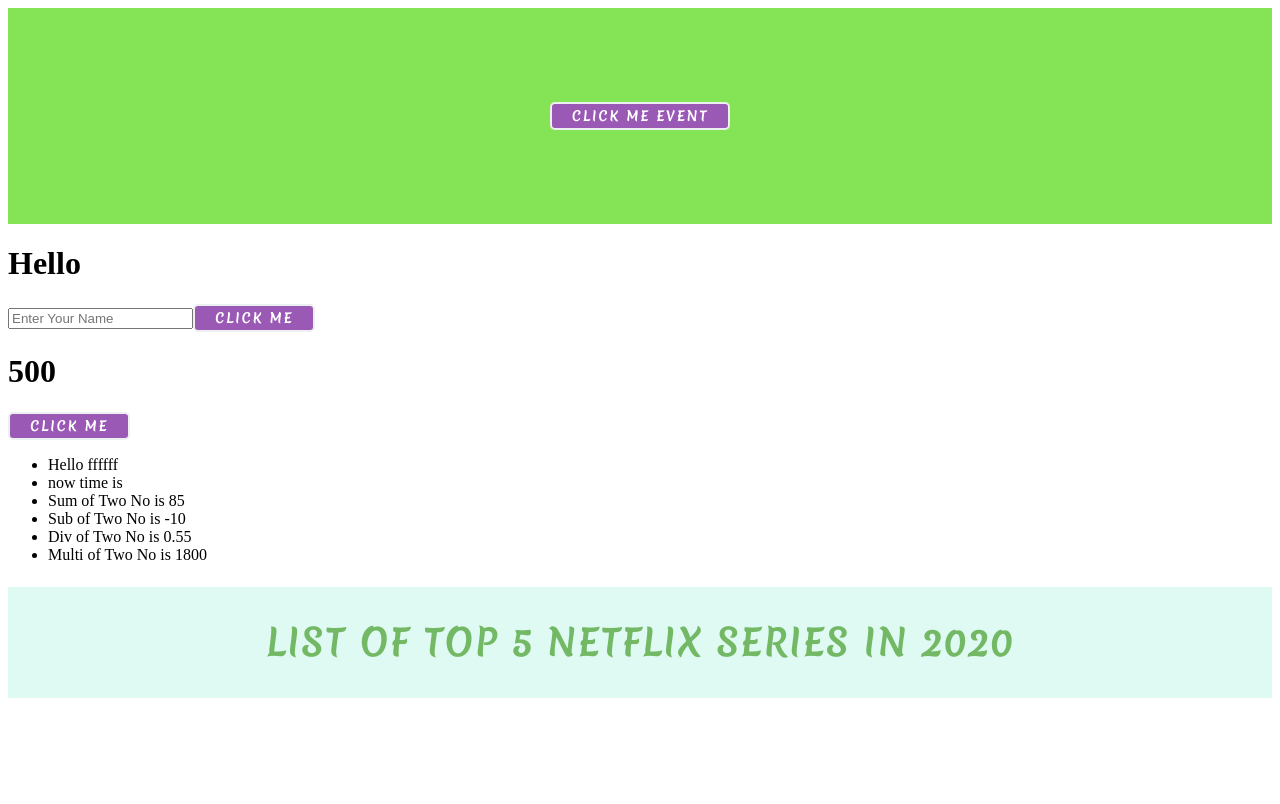
Repository: hardik2626/reactlearn2020
Page: /
The author's editor kept a copy of each file at every save. The page is drawn from the files as they stood at one save, then again after the next save.
The browser window is 1280 px wide. The pictures show the part of the page from y = 0 to 804 px (the page is 1828 px tall).
Pictures or frames that could not be fetched are drawn as grey boxes. The project was rebuilt for these pictures with package versions that can differ from the ones it lists, and the page was loaded fresh each time.

Above is the page before, as saved 2020-10-10 11:03:11.

After the next save:
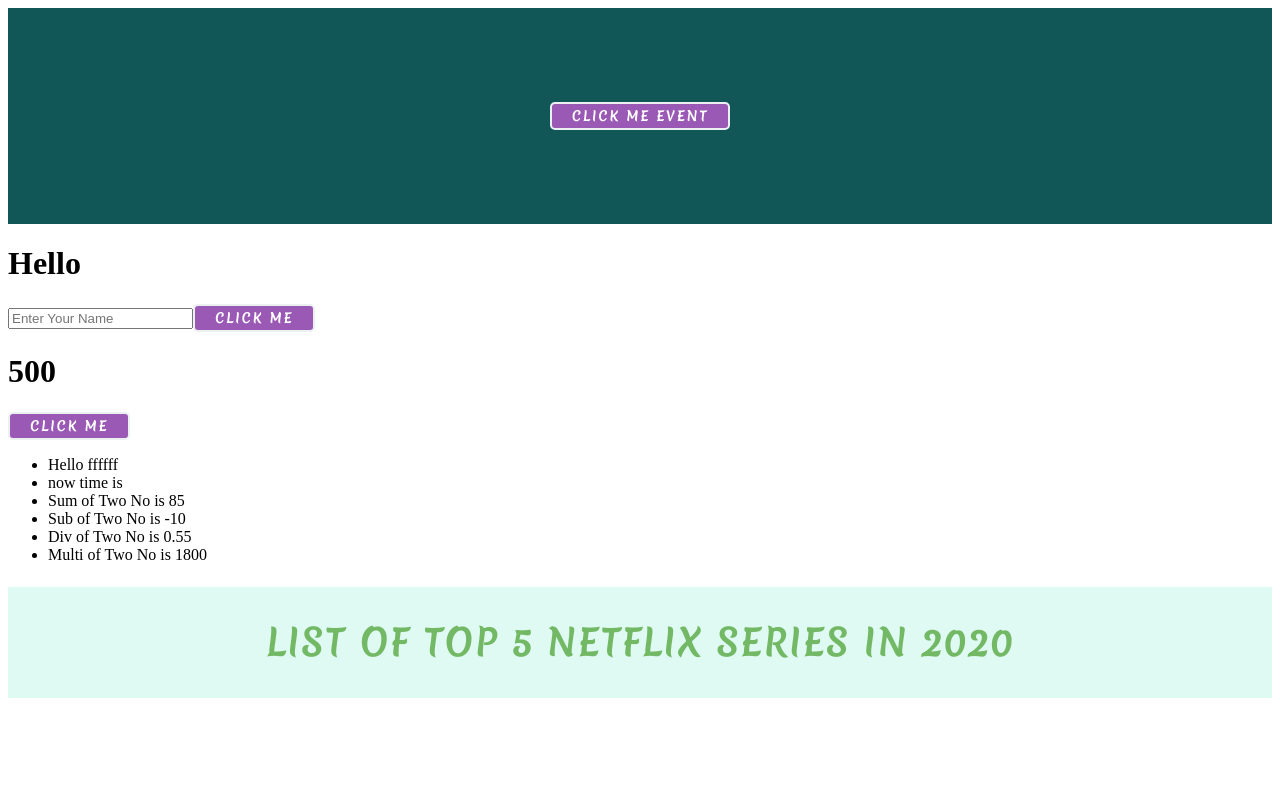
Saved 26 s later.
--- a/src/Eventhand.js
+++ b/src/Eventhand.js
@@ -1,7 +1,7 @@
 import React, { Component, useState } from 'react'
 
 const Eventhand = () => {
-        const purple = "#84e456";
+        const purple = "#125758";
         const [bg,setBg] = useState(purple)
         const [ename, setName] = useState('Click Me Event')
         const bgChange = () => {
